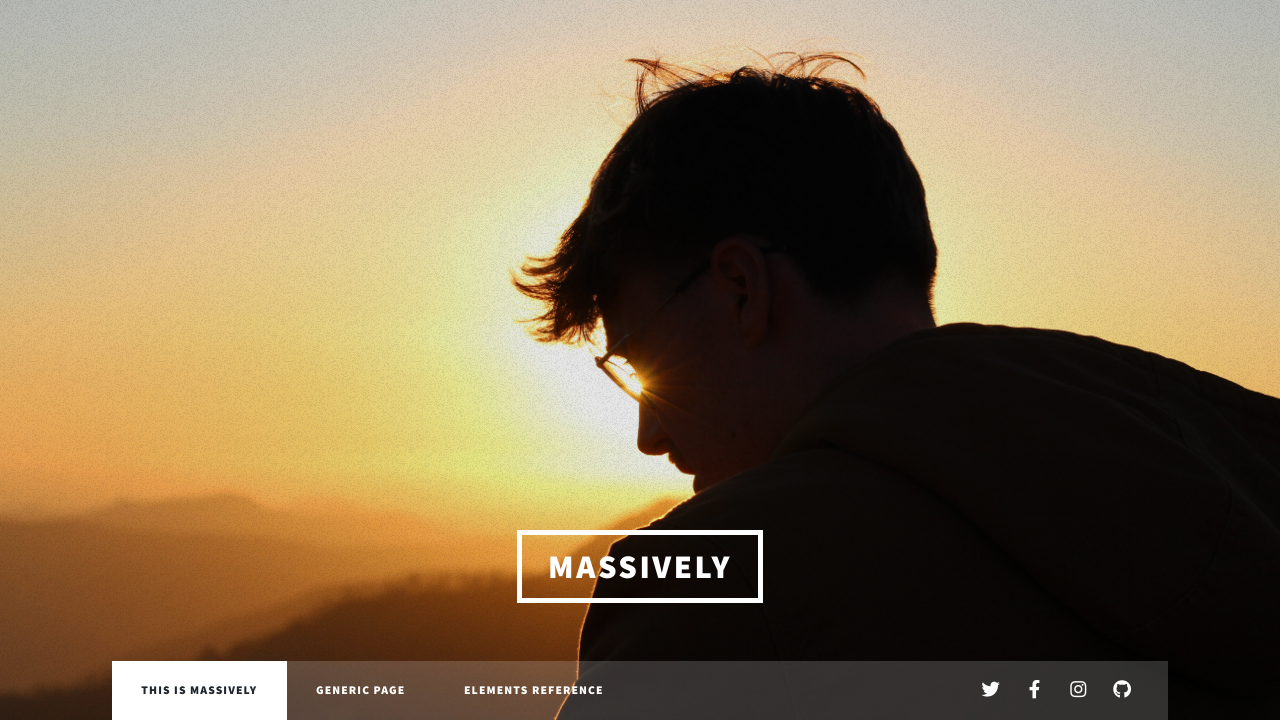
Repository: ciaranscan6/PersonalWebsite
Page: index.html
An editor plug-in stored every save of this project. The page is shown before and after the next save, followed by the edit.
The browser window is 1280 px wide. The pictures show the window.
A layer covers the whole window, so only the first screen is drawn.

Above is the page before, as saved 2025-11-21 22:02:36.

### index.html
<!DOCTYPE HTML>
<!--
	Massively by HTML5 UP
	html5up.net | @ajlkn
	Free for personal and commercial use under the CCA 3.0 license (html5up.net/license)
-->
<html>
	<head>
		<title>Personal Website by Ciarán Scanlon</title>
		<meta charset="utf-8" />
		<meta name="viewport" content="width=device-width, initial-scale=1, user-scalable=no" />
		<link rel="stylesheet" href="assets/css/main.css" />
		<noscript><link rel="stylesheet" href="assets/css/noscript.css" /></noscript>
	</head>
	<body class="is-preload">

		<!-- Wrapper -->
			<div id="wrapper" class="fade-in">

				<!-- Intro -->
					<div id="intro">
						<h1>Ciarán Scanlon<br />
						</h1>
						<p>Hi, this is my page showing off any projects worth showing off! I am a recent graduate looking for my next challenge, currently based in BC, Canada.</p>
						<ul class="actions">
							<li><a href="#header" class="button icon solid solo fa-arrow-down scrolly">Continue</a></li>
						</ul>
					</div>

				<!-- Header -->
					<header id="header">
						<a href="index.html" class="logo">Massively</a>
					</header>

				<!-- Nav -->
					<nav id="nav">
						<ul class="links">
							<li class="active"><a href="index.html">This is Massively</a></li>
							<li><a href="generic.html">Generic Page</a></li>
							<li><a href="elements.html">Elements Reference</a></li>
						</ul>
						<ul class="icons">
							<li><a href="#" class="icon brands fa-twitter"><span class="label">Twitter</span></a></li>
							<li><a href="#" class="icon brands fa-facebook-f"><span class="label">Facebook</span></a></li>
							<li><a href="#" class="icon brands fa-instagram"><span class="label">Instagram</span></a></li>
							<li><a href="#" class="icon brands fa-github"><span class="label">GitHub</span></a></li>
						</ul>
					</nav>

				<!-- Main -->
					<div id="main">

						<!-- Featured Post -->
							<article class="post featured">
								<header class="major">
									<span class="date">April 25, 2017</span>
									<h2><a href="#">And this is a<br />
									massive headline</a></h2>
									<p>Aenean ornare velit lacus varius enim ullamcorper proin aliquam<br />
									facilisis ante sed etiam magna interdum congue. Lorem ipsum dolor<br />
									amet nullam sed etiam veroeros.</p>
								</header>
								<a href="#" class="image main"><img src="images/pic01.jpg" alt="" /></a>
								<ul class="actions special">
									<li><a href="#" class="button large">Full Story</a></li>
								</ul>
							</article>

						<!-- Posts -->
							<section class="posts">
								<article>
									<header>
										<span class="date">April 24, 2017</span>
										<h2><a href="#">Sed magna<br />
										ipsum faucibus</a></h2>
									</header>
									<a href="#" class="image fit"><img src="images/pic02.jpg" alt="" /></a>
									<p>Donec eget ex magna. Interdum et malesuada fames ac ante ipsum primis in faucibus. Pellentesque venenatis dolor imperdiet dolor mattis sagittis magna etiam.</p>
									<ul class="actions special">
										<li><a href="#" class="button">Full Story</a></li>
									</ul>
								</article>
								<article>
									<header>
										<span class="date">April 22, 2017</span>
										<h2><a href="#">Primis eget<br />
										imperdiet lorem</a></h2>
									</header>
									<a href="#" class="image fit"><img src="images/pic03.jpg" alt="" /></a>
									<p>Donec eget ex magna. Interdum et malesuada fames ac ante ipsum primis in faucibus. Pellentesque venenatis dolor imperdiet dolor mattis sagittis magna etiam.</p>
									<ul class="actions special">
										<li><a href="#" class="button">Full Story</a></li>
									</ul>
								</article>
								<article>
									<header>
										<span class="date">April 18, 2017</span>
										<h2><a href="#">Ante mattis<br />
										interdum dolor</a></h2>
									</header>
									<a href="#" class="image fit"><img src="images/pic04.jpg" alt="" /></a>
									<p>Donec eget ex magna. Interdum et malesuada fames ac ante ipsum primis in faucibus. Pellentesque venenatis dolor imperdiet dolor mattis sagittis magna etiam.</p>
									<ul class="actions special">
										<li><a href="#" class="button">Full Story</a></li>
									</ul>
								</article>
								<article>
									<header>
										<span class="date">April 14, 2017</span>
										<h2><a href="#">Tempus sed<br />
										nulla imperdiet</a></h2>
									</header>
									<a href="#" class="image fit"><img src="images/pic05.jpg" alt="" /></a>
									<p>Donec eget ex magna. Interdum et malesuada fames ac ante ipsum primis in faucibus. Pellentesque venenatis dolor imperdiet dolor mattis sagittis magna etiam.</p>
									<ul class="actions special">
										<li><a href="#" class="button">Full Story</a></li>
									</ul>
								</article>
								<article>
									<header>
										<span class="date">April 11, 2017</span>
										<h2><a href="#">Odio magna<br />
										sed consectetur</a></h2>
									</header>
									<a href="#" class="image fit"><img src="images/pic06.jpg" alt="" /></a>
									<p>Donec eget ex magna. Interdum et malesuada fames ac ante ipsum primis in faucibus. Pellentesque venenatis dolor imperdiet dolor mattis sagittis magna etiam.</p>
									<ul class="actions special">
										<li><a href="#" class="button">Full Story</a></li>
									</ul>
								</article>
								<article>
									<header>
										<span class="date">April 7, 2017</span>
										<h2><a href="#">Augue lorem<br />
										primis vestibulum</a></h2>
									</header>
									<a href="#" class="image fit"><img src="images/pic07.jpg" alt="" /></a>
									<p>Donec eget ex magna. Interdum et malesuada fames ac ante ipsum primis in faucibus. Pellentesque venenatis dolor imperdiet dolor mattis sagittis magna etiam.</p>
									<ul class="actions special">
										<li><a href="#" class="button">Full Story</a></li>
									</ul>
								</article>
							</section>

						<!-- Footer -->
							<footer>
								<div class="pagination">
									<!--<a href="#" class="previous">Prev</a>-->
									<a href="#" class="page active">1</a>
									<a href="#" class="page">2</a>
									<a href="#" class="page">3</a>
									<span class="extra">&hellip;</span>
									<a href="#" class="page">8</a>
									<a href="#" class="page">9</a>
									<a href="#" class="page">10</a>
									<a href="#" class="next">Next</a>
								</div>
							</footer>

					</div>

				<!-- Footer -->
					<footer id="footer">
						<section>
							<form method="post" action="#">
								<div class="fields">
									<div class="field">
										<label for="name">Name</label>
										<input type="text" name="name" id="name" />
									</div>
									<div class="field">
										<label for="email">Email</label>
										<input type="text" name="email" id="email" />
									</div>
									<div class="field">
										<label for="message">Message</label>
										<textarea name="message" id="message" rows="3"></textarea>
									</div>
								</div>
								<ul class="actions">
									<li><input type="submit" value="Send Message" /></li>
								</ul>
							</form>
						</section>
						<section class="split contact">
							<section class="alt">
								<h3>Address</h3>
								<p>1234 Somewhere Road #87257<br />
								Nashville, TN 00000-0000</p>
							</section>
							<section>
								<h3>Phone</h3>
								<p><a href="#">(000) 000-0000</a></p>
							</section>
							<section>
								<h3>Email</h3>
								<p><a href="#">info@untitled.tld</a></p>
							</section>
							<section>
								<h3>Social</h3>
								<ul class="icons alt">
									<li><a href="#" class="icon brands alt fa-twitter"><span class="label">Twitter</span></a></li>
									<li><a href="#" class="icon brands alt fa-facebook-f"><span class="label">Facebook</span></a></li>
									<li><a href="#" class="icon brands alt fa-instagram"><span class="label">Instagram</span></a></li>
									<li><a href="#" class="icon brands alt fa-github"><span class="label">GitHub</span></a></li>
								</ul>
							</section>
						</section>
					</footer>

				<!-- Copyright -->
					<div id="copyright">
						<ul><li>&copy; Untitled</li><li>Design: <a href="https://html5up.net">HTML5 UP</a></li></ul>
					</div>

			</div>

		<!-- Scripts -->
			<script src="assets/js/jquery.min.js"></script>
			<script src="assets/js/jquery.scrollex.min.js"></script>
			<script src="assets/js/jquery.scrolly.min.js"></script>
			<script src="assets/js/browser.min.js"></script>
			<script src="assets/js/breakpoints.min.js"></script>
			<script src="assets/js/util.js"></script>
			<script src="assets/js/main.js"></script>

	</body>
</html>

Loaded but not shown: assets/css/fontawesome-all.min.css (library); assets/js/jquery.min.js (library); assets/js/jquery.scrollex.min.js (common file); assets/js/jquery.scrolly.min.js (common file); assets/js/browser.min.js (common file); assets/js/breakpoints.min.js (common file); assets/js/util.js (587 lines, source omitted); assets/js/main.js (258 lines, source omitted); assets/css/main.css (4689 lines, source omitted)

After the next save:
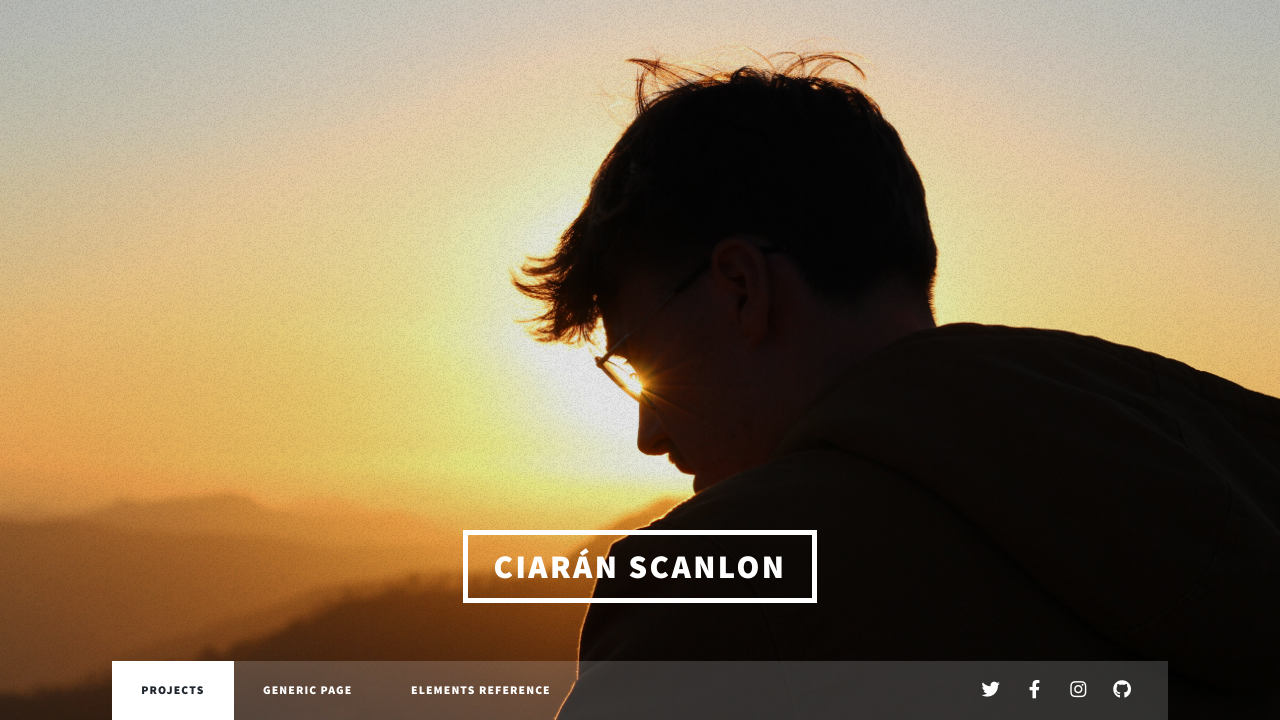
Saved 96 s later.
--- a/index.html
+++ b/index.html
@@ -29,13 +29,13 @@
 
 				<!-- Header -->
 					<header id="header">
-						<a href="index.html" class="logo">Massively</a>
+						<a href="index.html" class="logo">Ciarán Scanlon</a>
 					</header>
 
 				<!-- Nav -->
 					<nav id="nav">
 						<ul class="links">
-							<li class="active"><a href="index.html">This is Massively</a></li>
+							<li class="active"><a href="index.html">Projects</a></li>
 							<li><a href="generic.html">Generic Page</a></li>
 							<li><a href="elements.html">Elements Reference</a></li>
 						</ul>
